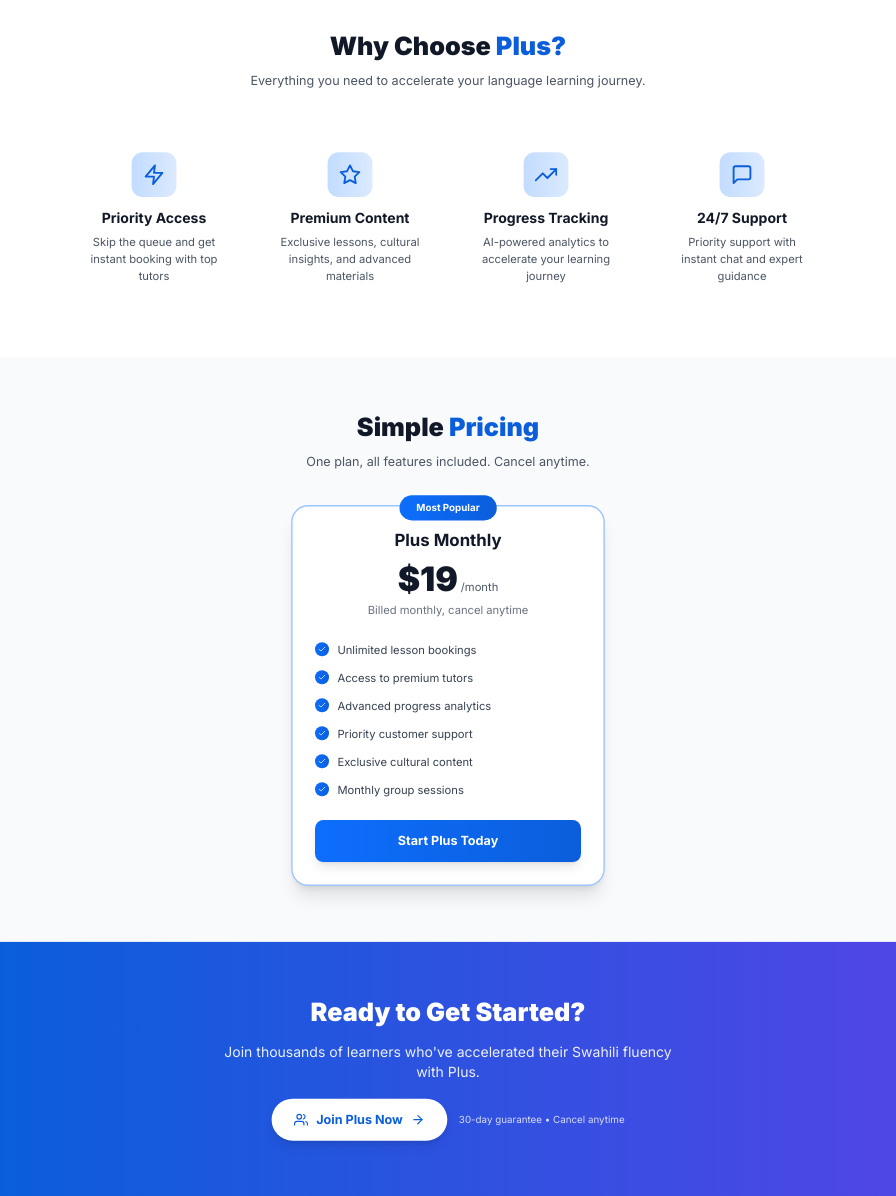
Repository: Eyub-Abdi/Ztalk
Page: /join-plus
An editor plug-in stored every save of this project. The page is shown before and after the next save, followed by the edit.
The browser window is 1280 px wide. The pictures show the part of the page from y = 712 to 2632 px (the page is 2421 px tall before and 2632 px after), at 70% of full size.
The page's requests for data from a server got no answer. The project was rebuilt for these pictures with package versions that can differ from the ones it lists, and the page was loaded fresh each time. No one was signed in, and anything a server would have sent is missing. Also part of the build but not shown: vite.config.ts, src/pages/Terms.tsx, src/pages/Privacy.tsx, src/pages/LessonsDemo.tsx, src/pages/BecomeTeacher.tsx, src/components/Spinner.tsx, src/features/tutor-application/api/useApplicationDraft.ts, src/features/tutor-application/api/useTeachableLanguages.ts and 23 more. Imported but missing from the stored project, and not drawn on this page: src/features/lessons/api/useBookingReschedule, src/features/lessons/api/useLessons.

Above is the page before, as saved 2025-12-22 21:02:22.

After the next save:
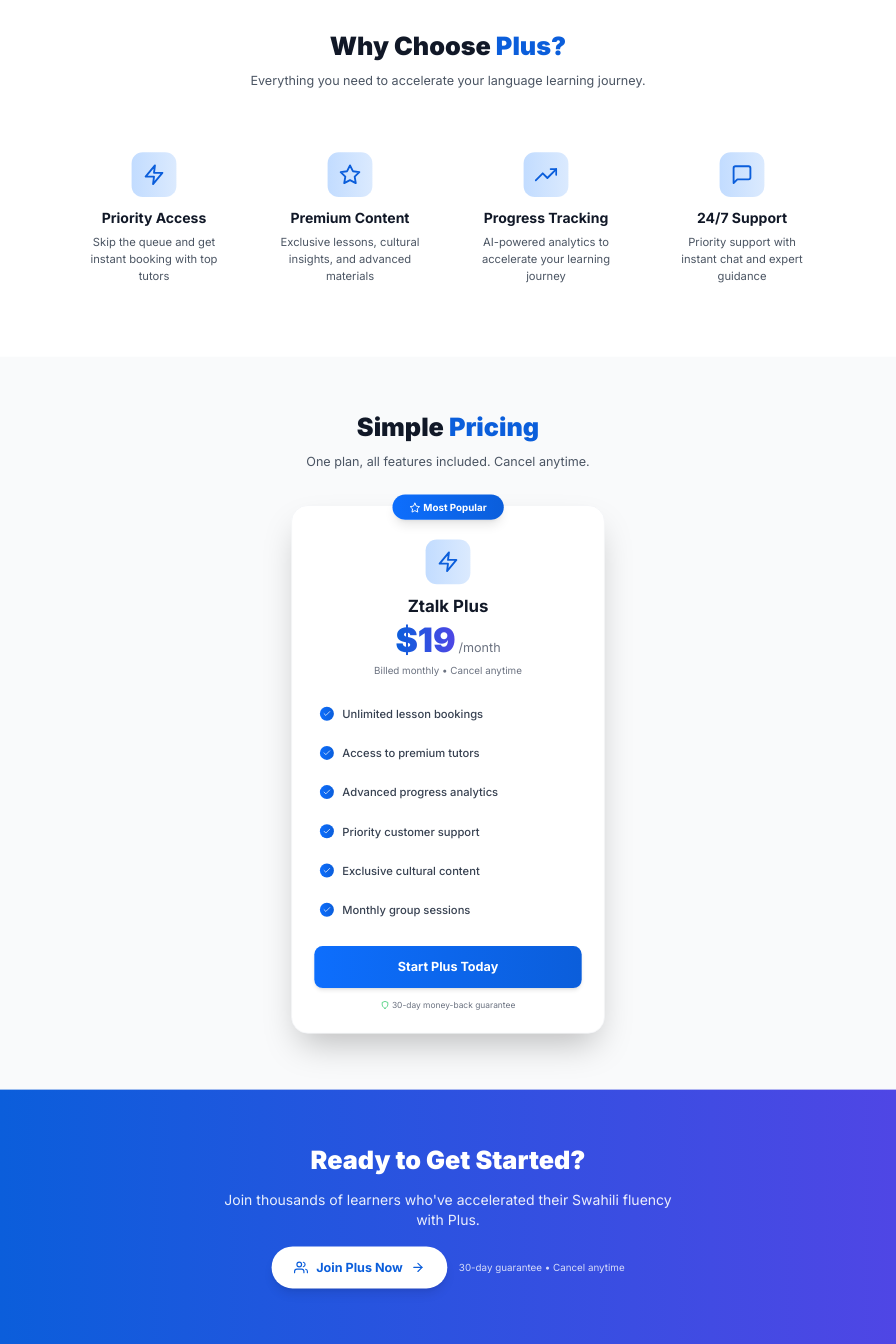
Saved 75 s later.
--- a/src/pages/JoinPlus.tsx
+++ b/src/pages/JoinPlus.tsx
@@ -156,36 +156,54 @@
             viewport={{ once: true }}
             className="max-w-md mx-auto"
           >
-            <div className="relative p-8 bg-white rounded-3xl shadow-xl border-2 border-brand-200">
+            <div className="relative p-8 bg-white rounded-3xl shadow-2xl border border-gray-100 hover:shadow-3xl transition-all duration-300">
               <div className="absolute -top-4 left-1/2 transform -translate-x-1/2">
-                <div className="px-6 py-2 bg-gradient-to-r from-brand-500 to-brand-600 text-white text-sm font-bold rounded-full">
+                <div className="px-6 py-2 bg-gradient-to-r from-brand-500 to-brand-600 text-white text-sm font-bold rounded-full shadow-lg">
+                  <FiStar className="w-4 h-4 inline mr-1" />
                   Most Popular
                 </div>
               </div>
 
-              <div className="text-center mb-8">
-                <h3 className="text-2xl font-bold text-gray-900 mb-4">Plus Monthly</h3>
-                <div className="flex items-baseline justify-center gap-1">
-                  <span className="text-5xl font-black text-gray-900">$19</span>
-                  <span className="text-gray-600">/month</span>
+              <div className="text-center mb-8 pt-4">
+                <div className="w-16 h-16 bg-gradient-to-r from-brand-100 to-blue-100 rounded-2xl flex items-center justify-center mx-auto mb-4">
+                  <FiZap className="w-8 h-8 text-brand-600" />
                 </div>
-                <p className="text-gray-500 mt-2">Billed monthly, cancel anytime</p>
+                <h3 className="text-2xl font-bold text-gray-900 mb-2">Ztalk Plus</h3>
+                <div className="flex items-baseline justify-center gap-1 mb-2">
+                  <span className="text-5xl font-black bg-gradient-to-r from-brand-600 to-indigo-600 bg-clip-text text-transparent">$19</span>
+                  <span className="text-gray-500 text-lg">/month</span>
+                </div>
+                <p className="text-gray-500 text-sm">Billed monthly • Cancel anytime</p>
               </div>
 
               <div className="space-y-4 mb-8">
                 {benefits.map((benefit, index) => (
-                  <div key={index} className="flex items-center gap-3">
+                  <motion.div
+                    key={index}
+                    initial={{ opacity: 0, x: -10 }}
+                    whileInView={{ opacity: 1, x: 0 }}
+                    transition={{ duration: 0.4, delay: index * 0.1 }}
+                    viewport={{ once: true }}
+                    className="flex items-center gap-3 p-2 rounded-lg hover:bg-gray-50 transition-colors duration-200"
+                  >
                     <div className="w-5 h-5 bg-gradient-to-r from-brand-500 to-brand-600 rounded-full flex items-center justify-center flex-shrink-0">
                       <FiCheck className="w-3 h-3 text-white" />
                     </div>
-                    <span className="text-gray-700">{benefit}</span>
-                  </div>
+                    <span className="text-gray-700 font-medium">{benefit}</span>
+                  </motion.div>
                 ))}
               </div>
 
-              <button className="w-full py-4 text-lg font-bold text-white bg-gradient-to-r from-brand-500 to-brand-600 rounded-xl hover:-translate-y-1 transform transition-all duration-300 shadow-lg">
+              <button className="w-full py-4 text-lg font-bold text-white bg-gradient-to-r from-brand-500 to-brand-600 rounded-xl hover:-translate-y-1 hover:shadow-lg transform transition-all duration-300 shadow-md">
                 Start Plus Today
               </button>
+
+              <div className="mt-4 text-center">
+                <p className="text-xs text-gray-500 flex items-center justify-center gap-1">
+                  <FiShield className="w-3 h-3 text-green-500" />
+                  30-day money-back guarantee
+                </p>
+              </div>
             </div>
           </motion.div>
         </div>

After the save that followed:
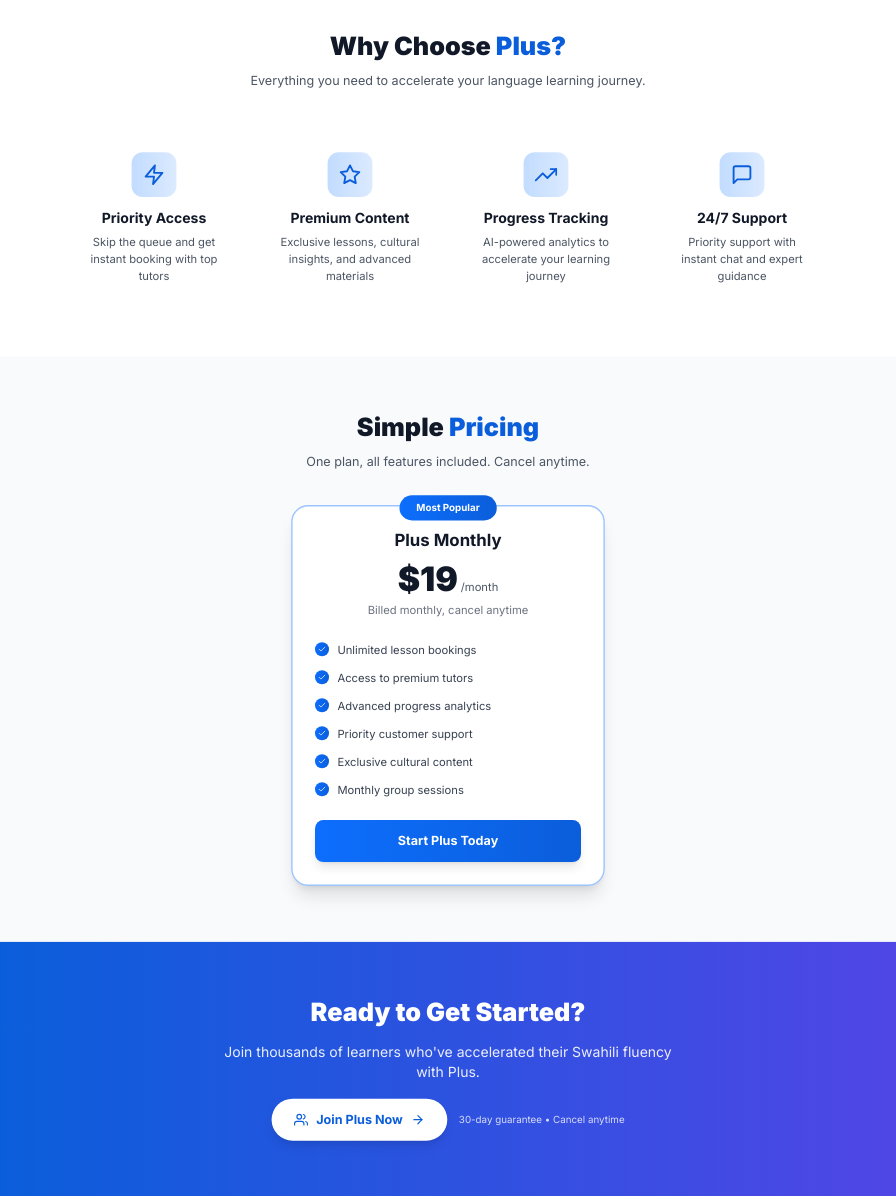
Saved 62 s later.
--- a/src/pages/JoinPlus.tsx
+++ b/src/pages/JoinPlus.tsx
@@ -156,54 +156,36 @@
             viewport={{ once: true }}
             className="max-w-md mx-auto"
           >
-            <div className="relative p-8 bg-white rounded-3xl shadow-2xl border border-gray-100 hover:shadow-3xl transition-all duration-300">
+            <div className="relative p-8 bg-white rounded-3xl shadow-xl border-2 border-brand-200">
               <div className="absolute -top-4 left-1/2 transform -translate-x-1/2">
-                <div className="px-6 py-2 bg-gradient-to-r from-brand-500 to-brand-600 text-white text-sm font-bold rounded-full shadow-lg">
-                  <FiStar className="w-4 h-4 inline mr-1" />
+                <div className="px-6 py-2 bg-gradient-to-r from-brand-500 to-brand-600 text-white text-sm font-bold rounded-full">
                   Most Popular
                 </div>
               </div>
 
-              <div className="text-center mb-8 pt-4">
-                <div className="w-16 h-16 bg-gradient-to-r from-brand-100 to-blue-100 rounded-2xl flex items-center justify-center mx-auto mb-4">
-                  <FiZap className="w-8 h-8 text-brand-600" />
+              <div className="text-center mb-8">
+                <h3 className="text-2xl font-bold text-gray-900 mb-4">Plus Monthly</h3>
+                <div className="flex items-baseline justify-center gap-1">
+                  <span className="text-5xl font-black text-gray-900">$19</span>
+                  <span className="text-gray-600">/month</span>
                 </div>
-                <h3 className="text-2xl font-bold text-gray-900 mb-2">Ztalk Plus</h3>
-                <div className="flex items-baseline justify-center gap-1 mb-2">
-                  <span className="text-5xl font-black bg-gradient-to-r from-brand-600 to-indigo-600 bg-clip-text text-transparent">$19</span>
-                  <span className="text-gray-500 text-lg">/month</span>
-                </div>
-                <p className="text-gray-500 text-sm">Billed monthly • Cancel anytime</p>
+                <p className="text-gray-500 mt-2">Billed monthly, cancel anytime</p>
               </div>
 
               <div className="space-y-4 mb-8">
                 {benefits.map((benefit, index) => (
-                  <motion.div
-                    key={index}
-                    initial={{ opacity: 0, x: -10 }}
-                    whileInView={{ opacity: 1, x: 0 }}
-                    transition={{ duration: 0.4, delay: index * 0.1 }}
-                    viewport={{ once: true }}
-                    className="flex items-center gap-3 p-2 rounded-lg hover:bg-gray-50 transition-colors duration-200"
-                  >
+                  <div key={index} className="flex items-center gap-3">
                     <div className="w-5 h-5 bg-gradient-to-r from-brand-500 to-brand-600 rounded-full flex items-center justify-center flex-shrink-0">
                       <FiCheck className="w-3 h-3 text-white" />
                     </div>
-                    <span className="text-gray-700 font-medium">{benefit}</span>
-                  </motion.div>
+                    <span className="text-gray-700">{benefit}</span>
+                  </div>
                 ))}
               </div>
 
-              <button className="w-full py-4 text-lg font-bold text-white bg-gradient-to-r from-brand-500 to-brand-600 rounded-xl hover:-translate-y-1 hover:shadow-lg transform transition-all duration-300 shadow-md">
+              <button className="w-full py-4 text-lg font-bold text-white bg-gradient-to-r from-brand-500 to-brand-600 rounded-xl hover:-translate-y-1 transform transition-all duration-300 shadow-lg">
                 Start Plus Today
               </button>
-
-              <div className="mt-4 text-center">
-                <p className="text-xs text-gray-500 flex items-center justify-center gap-1">
-                  <FiShield className="w-3 h-3 text-green-500" />
-                  30-day money-back guarantee
-                </p>
-              </div>
             </div>
           </motion.div>
         </div>
